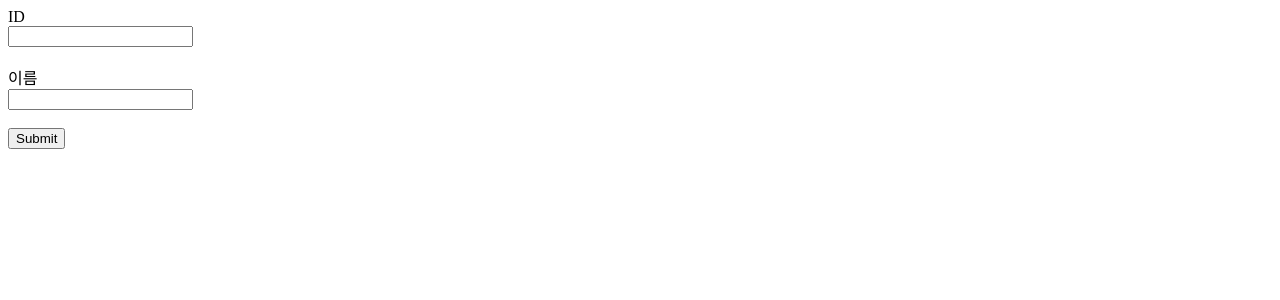
Repository: sangmin95/DB_sokick
Page: SoKick/SoKick/WebContent/Login.html
The author's editor kept a copy of each file at every save. The page is drawn from the files as they stood at one save, then again after the next save.
The browser window is 1280 px wide. The pictures show the whole page.

Above is the page before, as saved 2018-12-17 18:37:25.

### SoKick/SoKick/WebContent/Login.html
<!DOCTYPE html>
<html>
<head>
<meta charset="UTF-8">
<title>Insert title here</title>
</head>
<body>
<form action="insert.jsp">
ID <br>
<input type="text" name="sendid"> <br><br>

이름<br>
<input type="text" name="sendname"> <br><br>

<input type="submit">

</form>
</body>
</html>

After the next save:
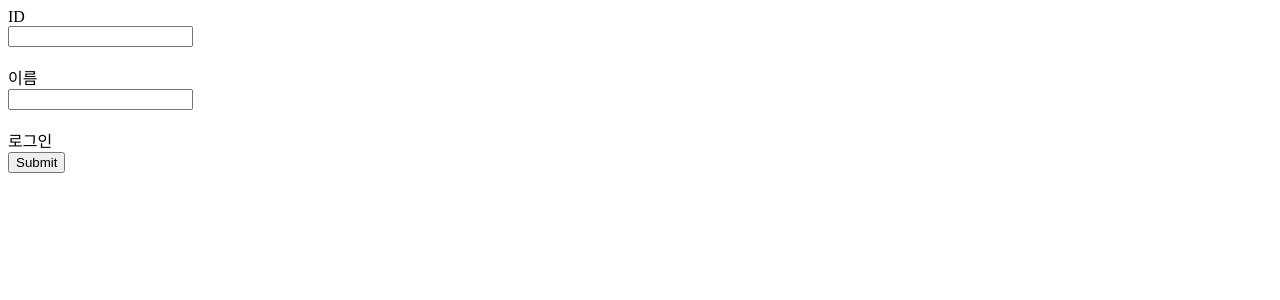
Saved 117 s later.
--- a/SoKick/SoKick/WebContent/Login.html
+++ b/SoKick/SoKick/WebContent/Login.html
@@ -12,6 +12,7 @@
 이름<br>
 <input type="text" name="sendname"> <br><br>
 
+로그인<br>
 <input type="submit">
 
 </form>

After the save that followed:
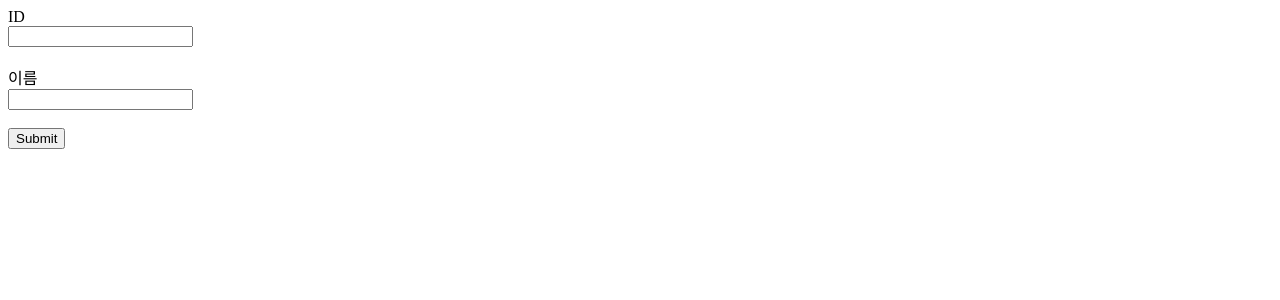
Saved 9 s later.
--- a/SoKick/SoKick/WebContent/Login.html
+++ b/SoKick/SoKick/WebContent/Login.html
@@ -12,7 +12,6 @@
 이름<br>
 <input type="text" name="sendname"> <br><br>
 
-로그인<br>
 <input type="submit">
 
 </form>
